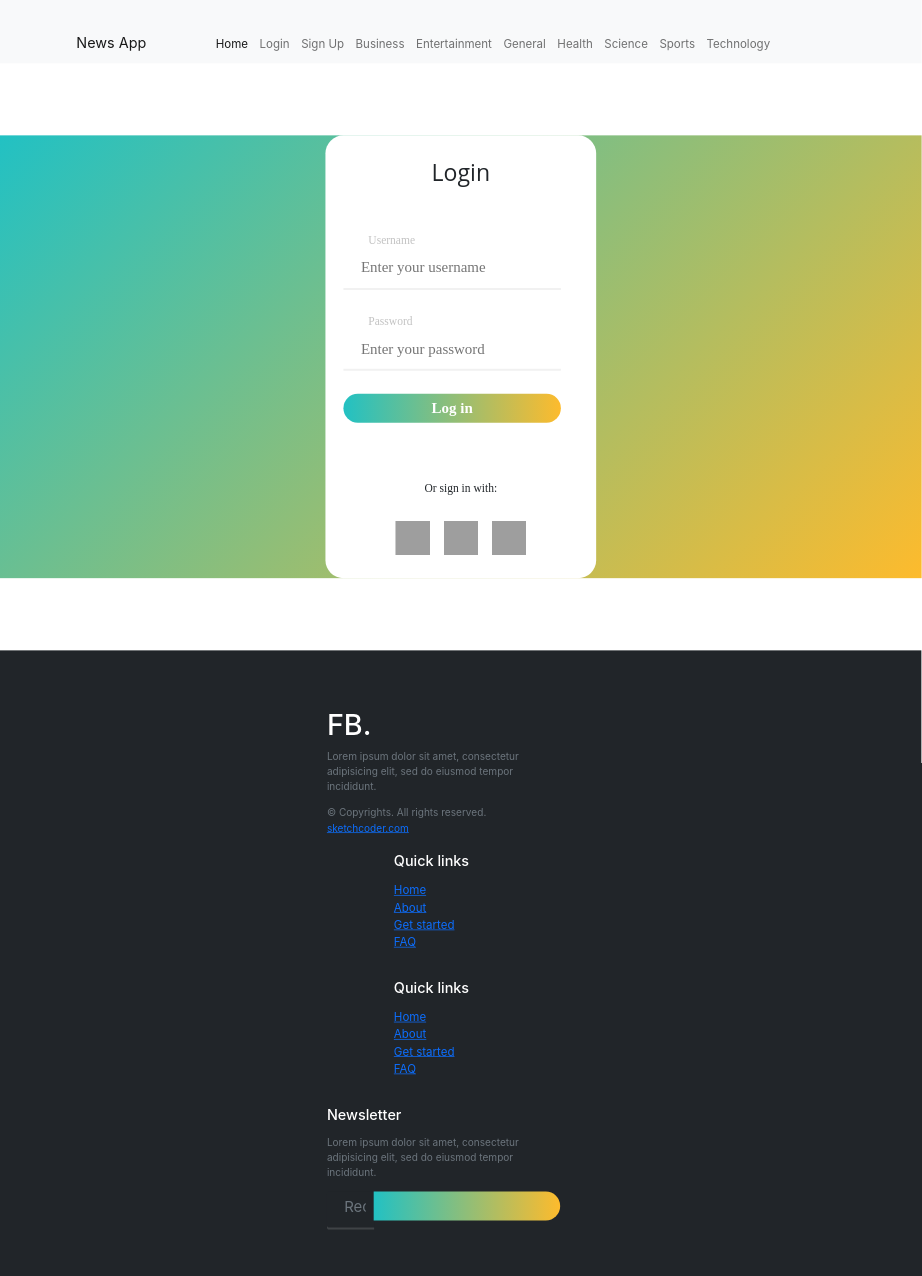
Repository: ZainAkbar51214/News-Site
Page: /login
These files come from the project's save history. The page is drawn as it stood at one moment and after the next save; the edit follows.
The browser window is 1280 px wide. The pictures show the whole page, at 72% of full size.
Pictures or frames that could not be fetched are drawn as grey boxes. The project was rebuilt for these pictures with package versions that can differ from the ones it lists, and the page was loaded fresh each time. Also part of the build but not shown: src/Components/pages/SignUp.jsx, src/Components/Layouts/NewsItem.js, src/Components/Spinner.jsx, src/Components/Layouts/News.js.

Above is the page before, as saved 2023-12-18 03:49:25.

After the next save:
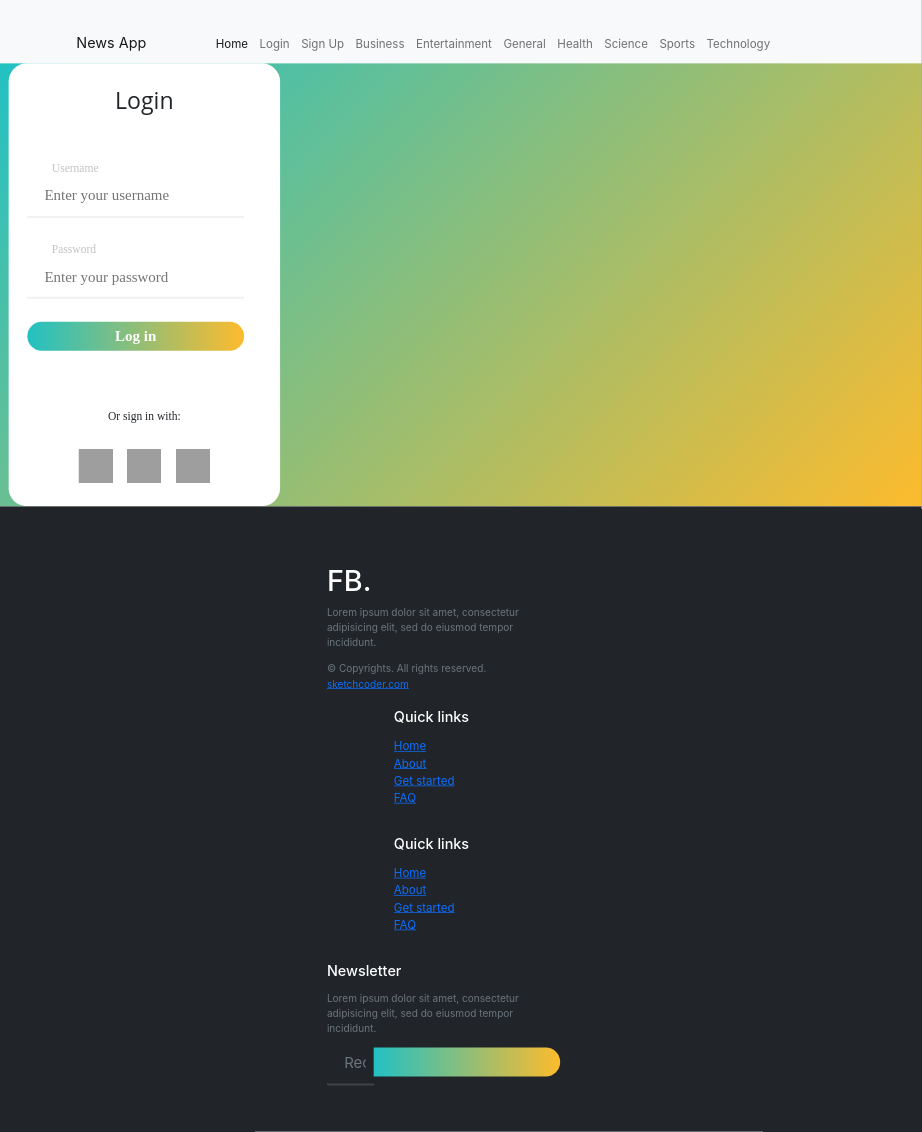
Saved 13 s later.
--- a/src/App.css
+++ b/src/App.css
@@ -49,7 +49,7 @@
   max-height: 700px;
   width: 30%;
   height: 60%;
-  margin: 100px auto;
+  /* margin: 100px auto; */
   background-color: #FFFFFF;
   border-radius: 25px;
 }

After the save that followed:
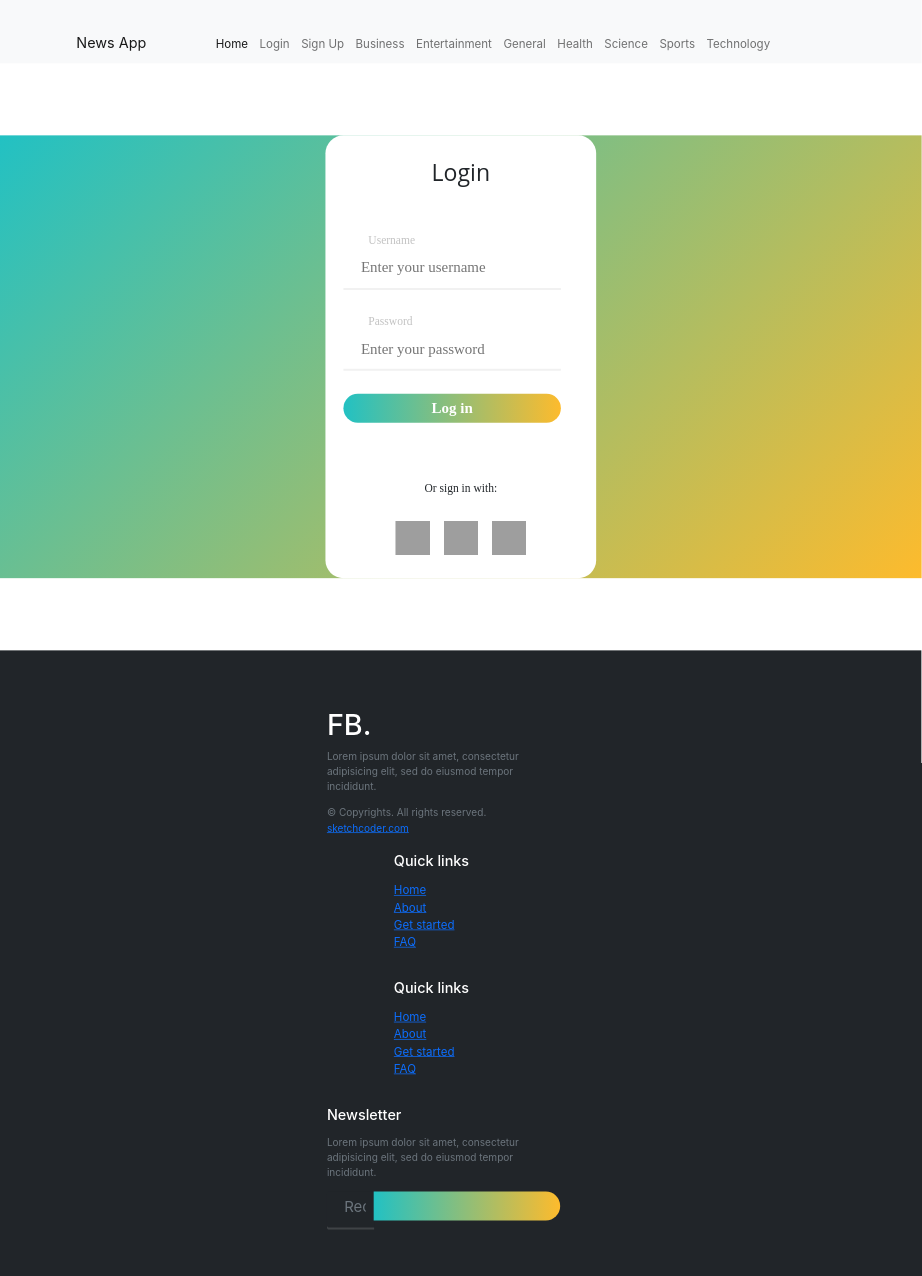
Saved 4 s later.
--- a/src/App.css
+++ b/src/App.css
@@ -49,7 +49,7 @@
   max-height: 700px;
   width: 30%;
   height: 60%;
-  /* margin: 100px auto; */
+  margin: 100px auto;
   background-color: #FFFFFF;
   border-radius: 25px;
 }
